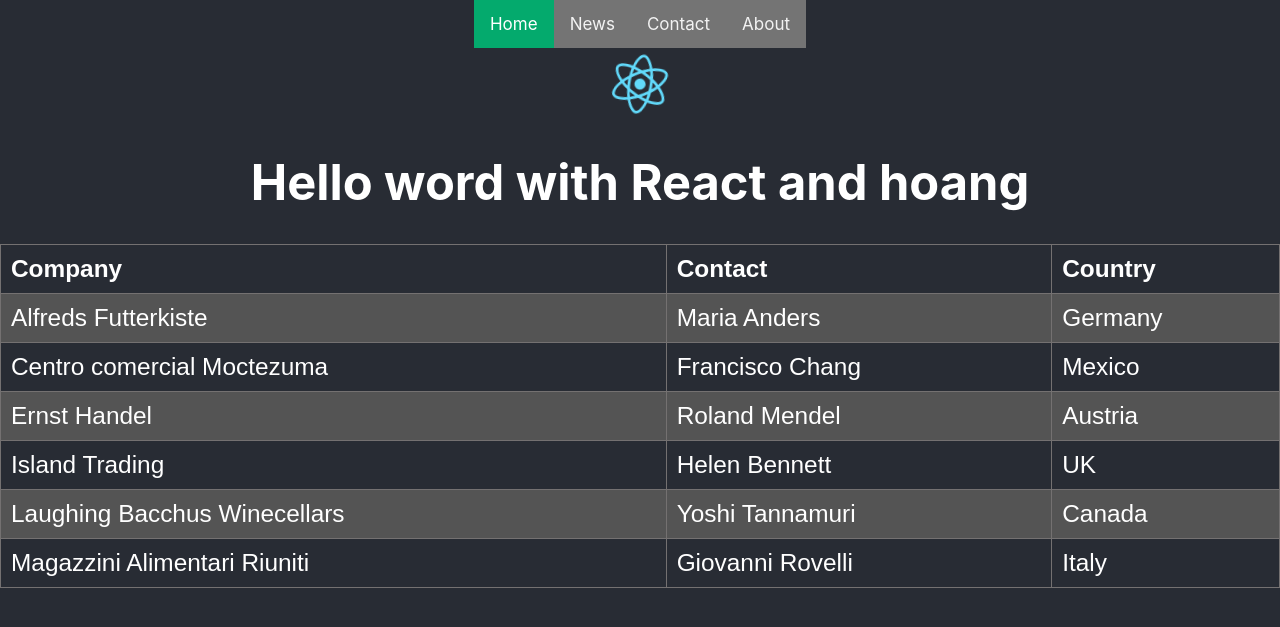
Repository: hoang0508/ReactJsHookBasic
Page: /timer
An editor plug-in stored every save of this project. The page is shown before and after the next save, followed by the edit.
The browser window is 1280 px wide. The pictures show the whole page.
The page's requests for data from a server got no answer. The project was rebuilt for these pictures with package versions that can differ from the ones it lists, and the page was loaded fresh each time. No one was signed in, and anything a server would have sent is missing. Also part of the build but not shown: src/views/Todo.js.

Above is the page before, as saved 2021-11-11 23:19:54.

### src/App.js
import logo from "./logo.svg";
import "./App.css";
import Nav from "./views/Nav";
import { useState, useEffect } from "react";
import Todo from "./views/Todo";
import Covid from "./views/covid";
// template + logic
// JSX
// babel
function App() {
  // state
  // let name = "Hoang";
  // useState (hook)
  let [name, setName] = useState("hoang");
  const [address, setAddress] = useState("");
  const [todos, setTodos] = useState([
    { id: "todo1", title: "My school EPU", type: "hoang" },
    { id: "todo2", title: "Doing homework", type: "huy" },
  ]);

  // didmount
  useEffect(() => {
    console.log("run use effect");
  }, [address]);

  useEffect(() => {
    console.log("run use effect todo");
  }, [todos]);

  const handleEventClick = (event) => {
    // setName(address); // setName re render
    // console.log("click me", name);
    // hook not merge state
    if (!address) {
      alert("empty input");
      return;
    }
    let newTodo = {
      id: Math.floor(Math.random() * 1000),
      title: address,
      type: "hoang",
    };
    setTodos([...todos, newTodo]); // spread
    setAddress("");
  };
  const handleOnchangeInput = (event) => {
    setAddress(event.target.value);
    // console.log(event.target.value);
  };
  const deleteDataTodo = (id) => {
    let currentTodos = todos;
    currentTodos = currentTodos.filter((item) => item.id !== id);
    setTodos(currentTodos);
  };
  return (
    <div className="App">
      <header className="App-header">
        <Nav />
        <img src={logo} className="App-logo" alt="logo" />
        <h1>Hello word with React and {name}</h1>
        <Covid />
        {/* <Todo
          todos={todos}
          title={"All todos"}
          deleteDataTodo={deleteDataTodo}
        />
        <Todo
          todos={todos.filter((item) => item.type === "hoang")}
          title={"Hoang's todo"}
          deleteDataTodo={deleteDataTodo}
        />
        <input
          type="text"
          value={address}
          onChange={(event) => handleOnchangeInput(event)}
        />
        <button type="button" onClick={(event) => handleEventClick(event)}>
          Click me
        </button> */}
      </header>
    </div>
  );
}

export default App;

### src/App.css
.App {
  text-align: center;
}

.App-logo {
  height: 10vmin;
  pointer-events: none;
}

@media (prefers-reduced-motion: no-preference) {
  .App-logo {
    animation: App-logo-spin infinite 20s linear;
  }
}

.App-header {
  background-color: #282c34;
  min-height: 100vh;
  display: flex;
  flex-direction: column;
  align-items: center;
  /* justify-content: center; */
  font-size: calc(10px + 2vmin);
  color: white;
}

.App-link {
  color: #61dafb;
}

@keyframes App-logo-spin {
  from {
    transform: rotate(0deg);
  }
  to {
    transform: rotate(360deg);
  }
}

table {
  font-family: arial, sans-serif;
  border-collapse: collapse;
  width: 100%;
}

td,
th {
  border: 1px solid #747171;
  text-align: left;
  padding: 10px;
}

tr:nth-child(even) {
  background-color: #545454;
}

### src/views/Nav.js
import "./Nav.scss";
const Nav = () => {
  return (
    <div className="topnav">
      <a className="active" href="#home">
        Home
      </a>
      <a href="#news">News</a>
      <a href="#contact">Contact</a>
      <a href="#about">About</a>
    </div>
  );
};

export default Nav;

### src/views/covid.js
import { useEffect, useState } from "react";
import axios from "axios";
const Covid = () => {
  const [dataCovid, setDataCovid] = useState([]);
  // componentDidmount
  useEffect(async () => {
    let reponse = await axios.get(
      "https://api.covid19api.com/country/vietnam?from=2021-10-10T00:00:00Z&to=2021-11-11T00:00:00Z"
    );
    let data = reponse && reponse.data ? reponse.data : [];
    setDataCovid(data);
  }, []);
  return (
    <table>
      <thead>
        <th>Company</th>
        <th>Contact</th>
        <th>Country</th>
      </thead>
      <tr>
        <td>Alfreds Futterkiste</td>
        <td>Maria Anders</td>
        <td>Germany</td>
      </tr>
      <tr>
        <td>Centro comercial Moctezuma</td>
        <td>Francisco Chang</td>
        <td>Mexico</td>
      </tr>
      <tr>
        <td>Ernst Handel</td>
        <td>Roland Mendel</td>
        <td>Austria</td>
      </tr>
      <tr>
        <td>Island Trading</td>
        <td>Helen Bennett</td>
        <td>UK</td>
      </tr>
      <tr>
        <td>Laughing Bacchus Winecellars</td>
        <td>Yoshi Tannamuri</td>
        <td>Canada</td>
      </tr>
      <tr>
        <td>Magazzini Alimentari Riuniti</td>
        <td>Giovanni Rovelli</td>
        <td>Italy</td>
      </tr>
    </table>
  );
};

export default Covid;

### src/views/Nav.scss
.topnav {
  overflow: hidden;
  background-color: #747474;
  a {
    float: left;
    color: #f2f2f2;
    text-align: center;
    padding: 14px 16px;
    text-decoration: none;
    font-size: 17px;
  }
  a:hover {
    background-color: #ddd;
    color: black;
  }
  a.active {
    background-color: #04aa6d;
    color: white;
  }
}

Loaded but not shown: public/index.html (common file); src/index.js (common file); src/index.css (common file); src/reportWebVitals.js (common file)

After the next save:
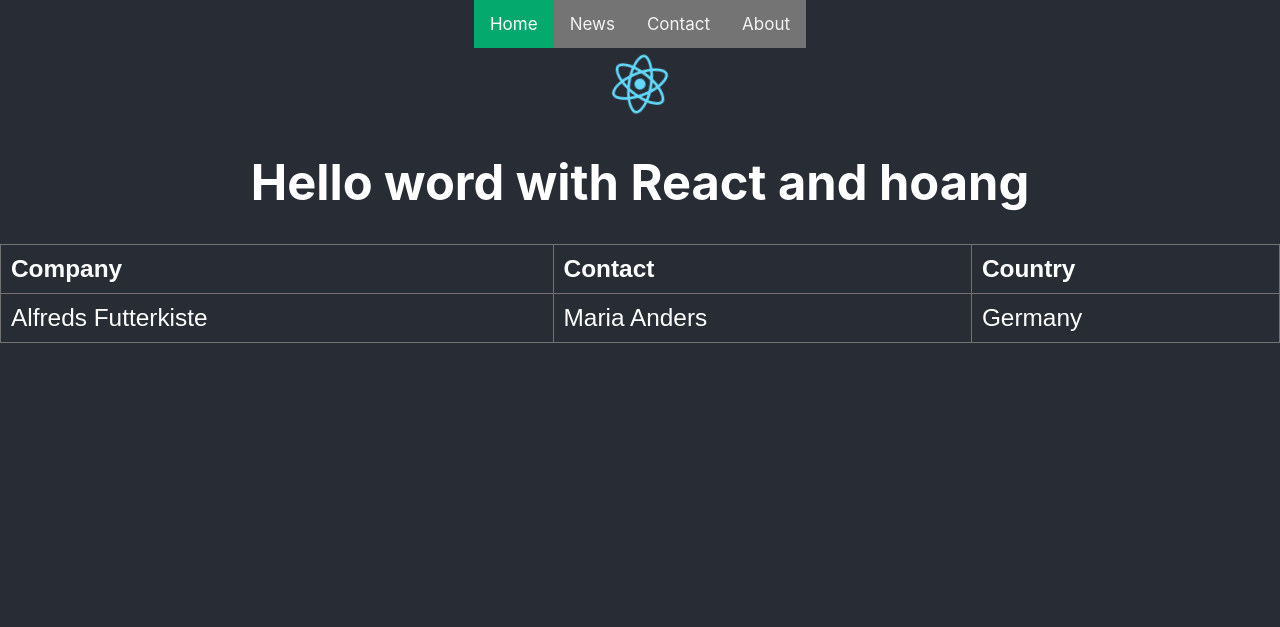
Saved 40 s later.
--- a/src/views/covid.js
+++ b/src/views/covid.js
@@ -17,36 +17,13 @@
         <th>Contact</th>
         <th>Country</th>
       </thead>
-      <tr>
-        <td>Alfreds Futterkiste</td>
-        <td>Maria Anders</td>
-        <td>Germany</td>
-      </tr>
-      <tr>
-        <td>Centro comercial Moctezuma</td>
-        <td>Francisco Chang</td>
-        <td>Mexico</td>
-      </tr>
-      <tr>
-        <td>Ernst Handel</td>
-        <td>Roland Mendel</td>
-        <td>Austria</td>
-      </tr>
-      <tr>
-        <td>Island Trading</td>
-        <td>Helen Bennett</td>
-        <td>UK</td>
-      </tr>
-      <tr>
-        <td>Laughing Bacchus Winecellars</td>
-        <td>Yoshi Tannamuri</td>
-        <td>Canada</td>
-      </tr>
-      <tr>
-        <td>Magazzini Alimentari Riuniti</td>
-        <td>Giovanni Rovelli</td>
-        <td>Italy</td>
-      </tr>
+      <tbody>
+        <tr>
+          <td>Alfreds Futterkiste</td>
+          <td>Maria Anders</td>
+          <td>Germany</td>
+        </tr>
+      </tbody>
     </table>
   );
 };
